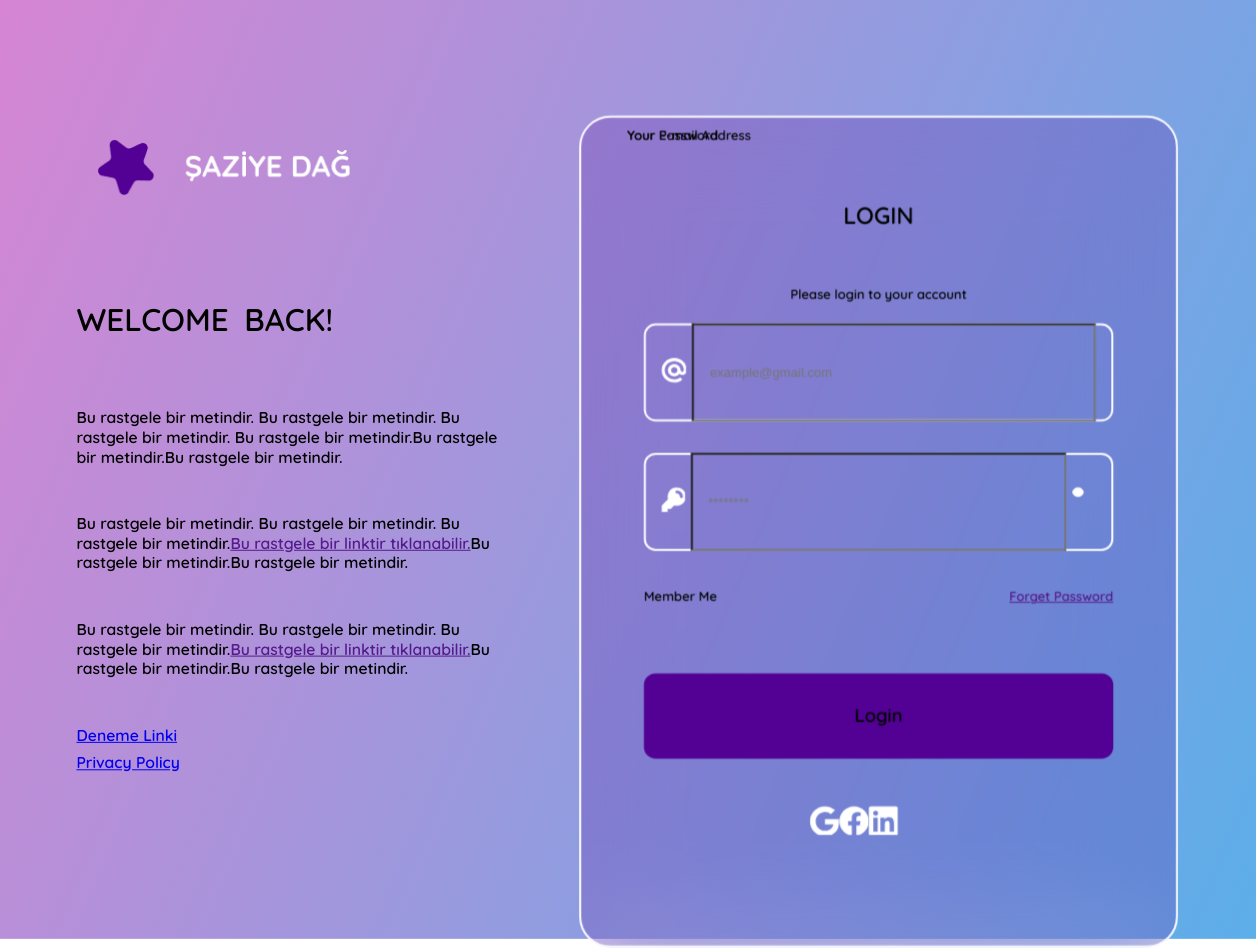
Repository: szydag/login
Page: /
These files come from the project's save history. The page is drawn as it stood at one moment and after a run of saves; the edit follows.
The browser window is 1280 px wide. The page is 1282 px wide, so the pictures cover 1282 px, including what lies to the right of the window. The pictures show the whole page, at 98% of full size.
The project was rebuilt for these pictures with package versions that can differ from the ones it lists, and the page was loaded fresh each time. Also part of the build but not shown: src/assets/svgr/unhiddenIcon/index.js.

Above is the page before, as saved 2023-10-29 20:43:32.

After the next 2 saves:
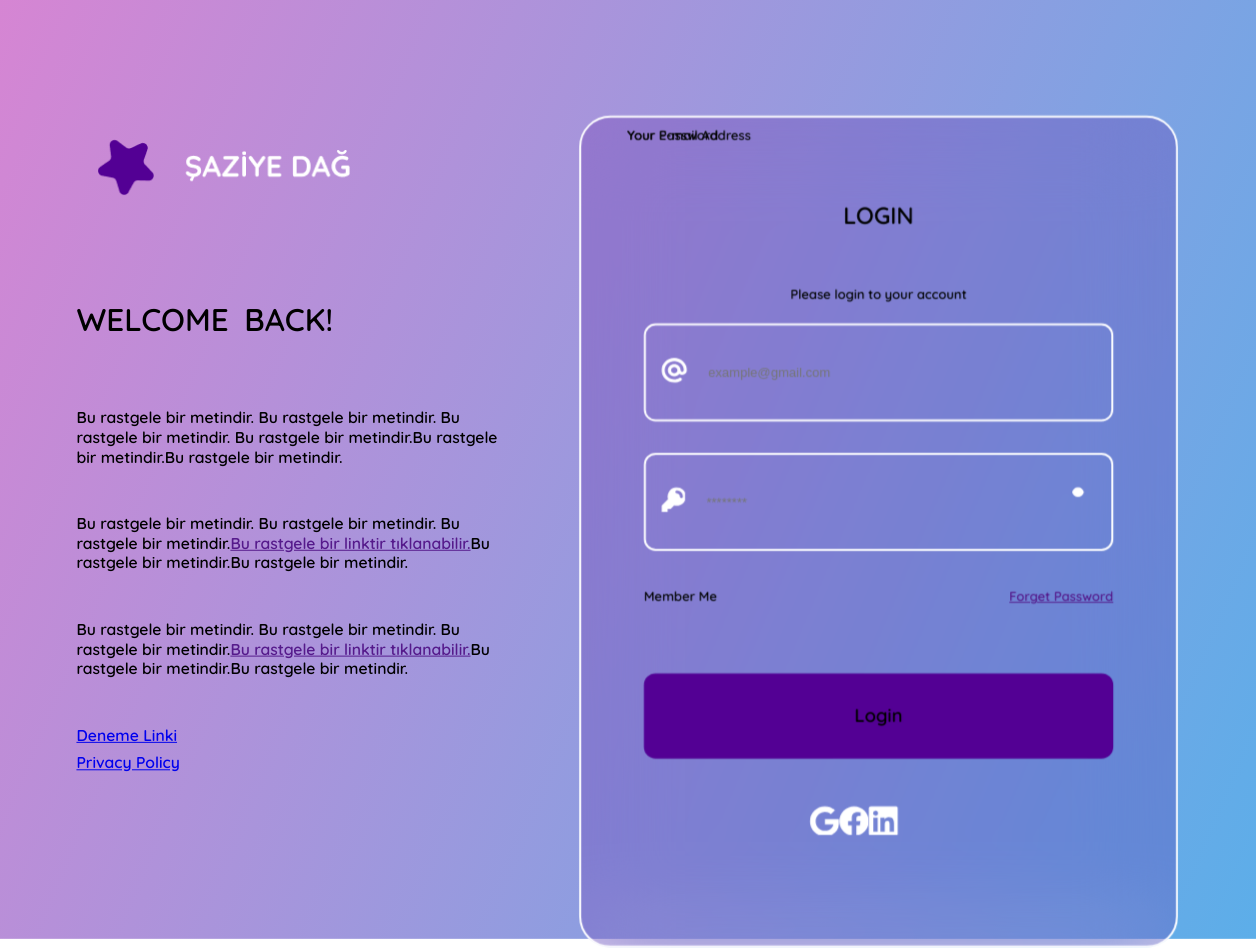
The 2 saves are shown as one change because they came seconds apart.
The last was saved 15 s later.
--- a/src/app/pages/login/style.js
+++ b/src/app/pages/login/style.js
@@ -145,6 +145,10 @@ const useStyles = createUseStyles({
         flexDirection: 'column',
         justifyContent: 'center',
         alignItems: 'flex-start',
+        gap: '437px',
+        alignSelf: 'stretch',
+        borderRadius: '12px',
+        border: '0px solid #FFF',
         background: 'rgba(255, 255, 255, 0.00)',
     },
     inputTitle: {
